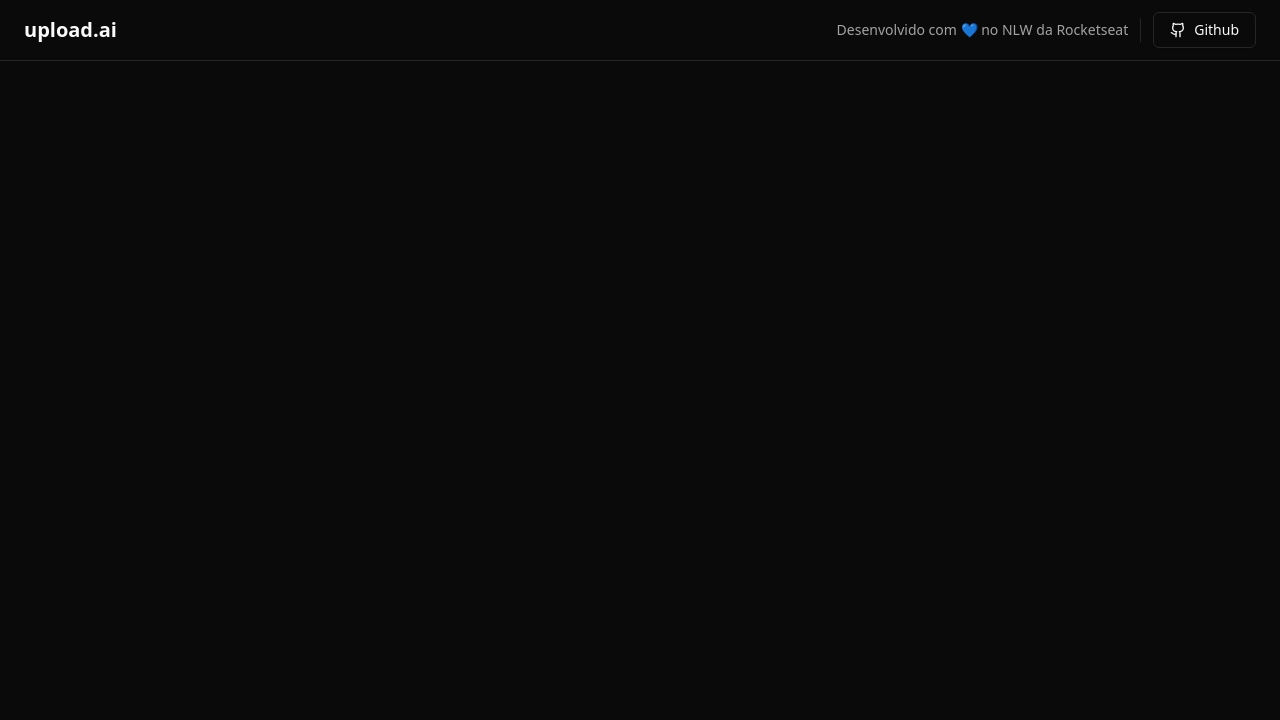
Repository: ricardolimati/upload-ai-web
Page: /
An editor plug-in stored every save of this project. The page is shown before and after the next save, followed by the edit.
The browser window is 1280 px wide. The pictures show the whole page.
The project was rebuilt for these pictures with package versions that can differ from the ones it lists, and the page was loaded fresh each time. Also part of the build but not shown: vite.config.ts.

Above is the page before, as saved 2023-09-11 23:18:43.

### src/App.tsx
import {Github} from 'lucide-react'
import { Button } from "./components/ui/button";
import { Separator } from './components/ui/separator';

export function App() {
  return(
   <div className="min-h-screen">
    <div className="px-6 py-3 flex items-center justify-between border-b">
      <h1 className="text-xl font-bold">upload.ai</h1>
      <div className="flex items-center gap-3">
        <span className="text-sm text-muted-foreground">
          Desenvolvido com 💙 no NLW da Rocketseat</span>
          <Separator orientation='vertical' className='h-6' />
        <Button variant="outline">
          <Github className="w-4 h-4 mr-2" />Github
        </Button>
      </div>
    </div>
   </div>
  )
}

### src/index.css
@tailwind base;
@tailwind components;
@tailwind utilities;

@layer base {
  :root {
    --background: 0 0% 3.9%;
    --foreground: 0 0% 98%;
    --card: 0 0% 3.9%;
    --card-foreground: 0 0% 98%;
    --popover: 0 0% 3.9%;
    --popover-foreground: 0 0% 98%;
    --primary: 0 72.2% 50.6%;
    --primary-foreground: 0 85.7% 97.3%;
    --secondary: 0 0% 14.9%;
    --secondary-foreground: 0 0% 98%;
    --muted: 0 0% 14.9%;
    --muted-foreground: 0 0% 63.9%;
    --accent: 0 0% 14.9%;
    --accent-foreground: 0 0% 98%;
    --destructive: 0 62.8% 30.6%;
    --destructive-foreground: 0 0% 98%;
    --border: 0 0% 14.9%;
    --input: 0 0% 14.9%;
    --ring: 0 72.2% 50.6%;

    --radius: 0.5rem;
  }
}

@layer base {
  * {
    @apply border-border;
  }
  body {
    @apply bg-background text-foreground;
  }
}

### src/components/ui/button.tsx
import * as React from "react"
import { Slot } from "@radix-ui/react-slot"
import { cva, type VariantProps } from "class-variance-authority"

import { cn } from "@/lib/utils"

const buttonVariants = cva(
  "inline-flex items-center justify-center rounded-md text-sm font-medium transition-colors focus-visible:outline-none focus-visible:ring-1 focus-visible:ring-ring disabled:pointer-events-none disabled:opacity-50",
  {
    variants: {
      variant: {
        default:
          "bg-primary text-primary-foreground shadow hover:bg-primary/90",
        destructive:
          "bg-destructive text-destructive-foreground shadow-sm hover:bg-destructive/90",
        outline:
          "border border-input bg-transparent shadow-sm hover:bg-accent hover:text-accent-foreground",
        secondary:
          "bg-secondary text-secondary-foreground shadow-sm hover:bg-secondary/80",
        ghost: "hover:bg-accent hover:text-accent-foreground",
        link: "text-primary underline-offset-4 hover:underline",
      },
      size: {
        default: "h-9 px-4 py-2",
        sm: "h-8 rounded-md px-3 text-xs",
        lg: "h-10 rounded-md px-8",
        icon: "h-9 w-9",
      },
    },
    defaultVariants: {
      variant: "default",
      size: "default",
    },
  }
)

export interface ButtonProps
  extends React.ButtonHTMLAttributes<HTMLButtonElement>,
    VariantProps<typeof buttonVariants> {
  asChild?: boolean
}

const Button = React.forwardRef<HTMLButtonElement, ButtonProps>(
  ({ className, variant, size, asChild = false, ...props }, ref) => {
    const Comp = asChild ? Slot : "button"
    return (
      <Comp
        className={cn(buttonVariants({ variant, size, className }))}
        ref={ref}
        {...props}
      />
    )
  }
)
Button.displayName = "Button"

export { Button, buttonVariants }

### src/components/ui/separator.tsx
import * as React from "react"
import * as SeparatorPrimitive from "@radix-ui/react-separator"

import { cn } from "@/lib/utils"

const Separator = React.forwardRef<
  React.ElementRef<typeof SeparatorPrimitive.Root>,
  React.ComponentPropsWithoutRef<typeof SeparatorPrimitive.Root>
>(
  (
    { className, orientation = "horizontal", decorative = true, ...props },
    ref
  ) => (
    <SeparatorPrimitive.Root
      ref={ref}
      decorative={decorative}
      orientation={orientation}
      className={cn(
        "shrink-0 bg-border",
        orientation === "horizontal" ? "h-[1px] w-full" : "h-full w-[1px]",
        className
      )}
      {...props}
    />
  )
)
Separator.displayName = SeparatorPrimitive.Root.displayName

export { Separator }

Loaded but not shown: index.html (common file); src/main.tsx (common file); src/lib/utils.ts (common file); tailwind.config.js (common file)

After the next save:
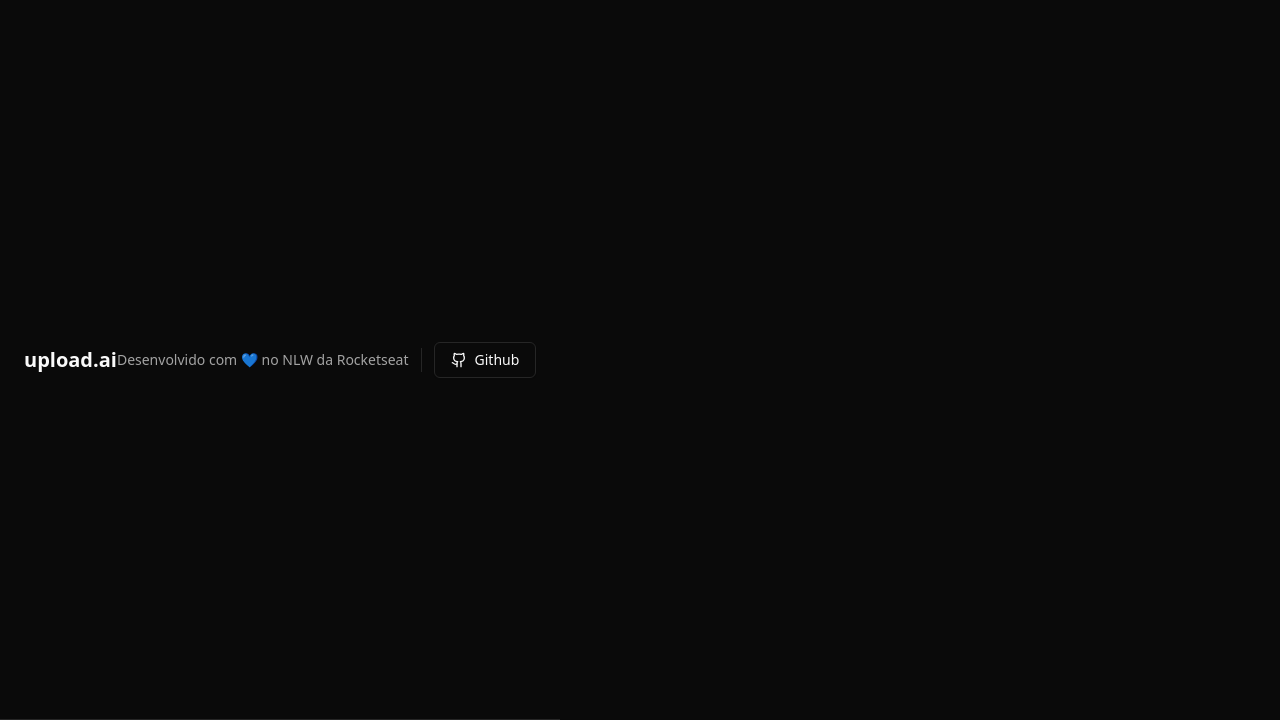
Saved 5 s later.
--- a/src/App.tsx
+++ b/src/App.tsx
@@ -4,7 +4,7 @@ import { Separator } from './components/ui/separator';
 
 export function App() {
   return(
-   <div className="min-h-screen">
+   <div className="min-h-screen flex">
     <div className="px-6 py-3 flex items-center justify-between border-b">
       <h1 className="text-xl font-bold">upload.ai</h1>
       <div className="flex items-center gap-3">

After the save that followed:
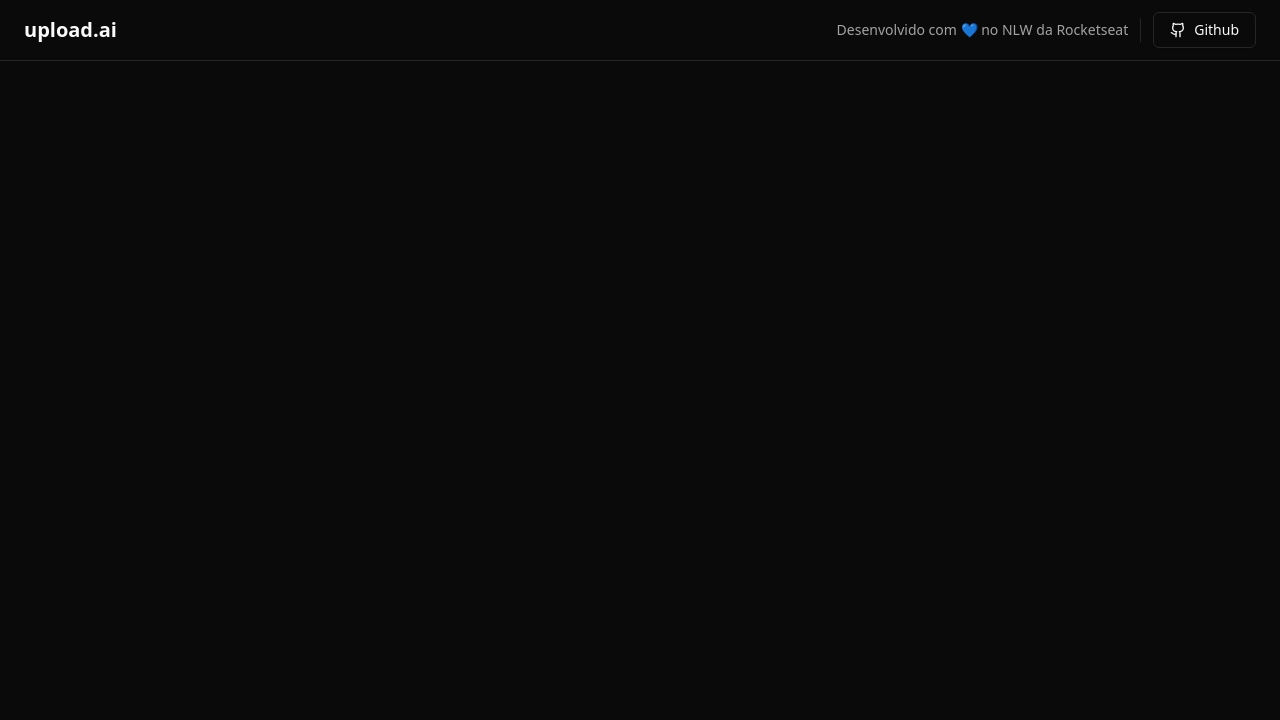
Saved 6 s later.
--- a/src/App.tsx
+++ b/src/App.tsx
@@ -4,7 +4,7 @@ import { Separator } from './components/ui/separator';
 
 export function App() {
   return(
-   <div className="min-h-screen flex">
+   <div className="min-h-screen flex flex-col">
     <div className="px-6 py-3 flex items-center justify-between border-b">
       <h1 className="text-xl font-bold">upload.ai</h1>
       <div className="flex items-center gap-3">
